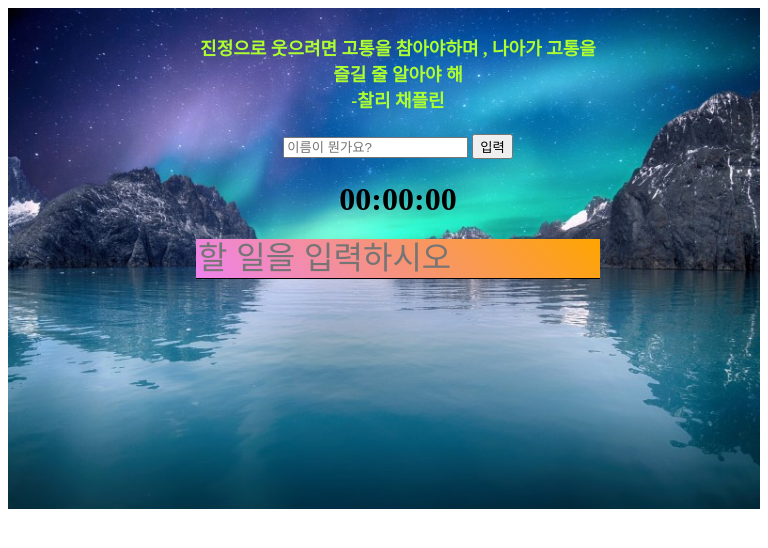
Repository: jun01270/F-E-practice
Page: index.html
An editor plug-in stored every save of this project. The page is shown before and after the next save, followed by the edit.
The browser window is 768 px wide. The pictures show the whole page.

Above is the page before, as saved 2023-07-12 15:34:46.
Console error: TypeError: Cannot read properties of null (reading 'querySelector')

After the next save:
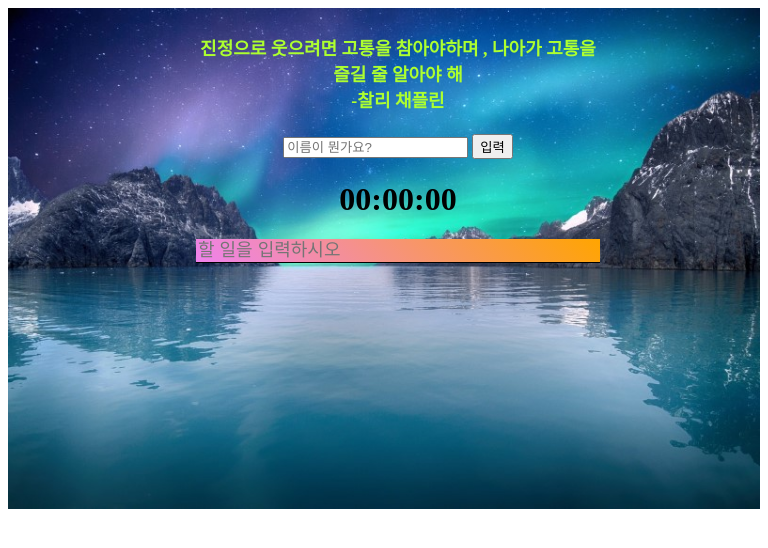
Saved 10 s later.
--- a/style.css
+++ b/style.css
@@ -82,4 +82,9 @@ body {
     text-align: center;
     height: 80%;
   }
+
+  #input-blank {
+    background: linear-gradient(45deg, Violet, Orange);
+    font-size: large;
+  }
 }
